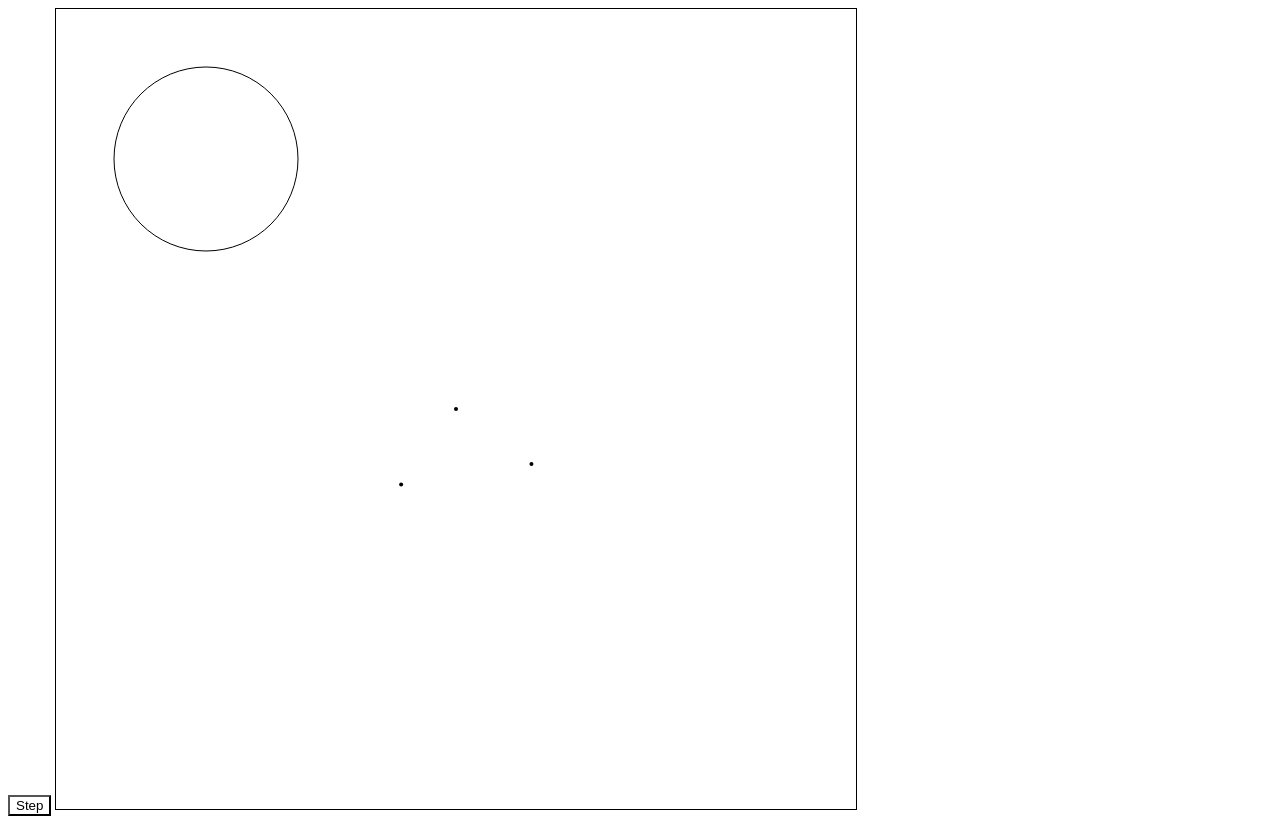
Repository: blahnikkai/n-body-simulation
Page: index.html
These files come from the project's save history. The page is drawn as it stood at one moment and after the next save; the edit follows.
The browser window is 1280 px wide. The pictures show the whole page.

Above is the page before, as saved 2024-02-22 15:19:21.

### index.html
<!DOCTYPE html>
<html lang="en">
    <head>
        <meta charset="UTF-8" />
        <meta name="viewport" content="width=device-width, initial-scale=1.0" />
        <title>Document</title>
        <link rel="stylesheet" href="styles.css">
        <script src="script.js" defer></script>
    </head>
    <body>
        <button id="step">Step</button>
        <canvas id="canvas" width="800" height="800">
    </body>
</html>

### styles.css
canvas {
    background-color: white;
    border: 1px solid black;
}

#step {
    background-color: white;
}

html {
    background-color: white;
}

### script.js
const G = 6.67e-11
const DIST_SCALE = 1000000
const TIME_SCALE = 5
const FRAMERATE = 60

class Vector {
    constructor(x, y) {
        this.x = x
        this.y = y
    }
}

function norm(vec) {
    return Math.hypot(vec.x, vec.y)
}

function add(vec1, vec2) {
    return new Vector(vec1.x + vec2.x, vec1.y + vec2.y)
}

function scale(scalar, vec) {
    return new Vector(scalar * vec.x, scalar * vec.y)
}

function sub(vec1, vec2) {
    return add(vec1, scale(-1, vec2))
}

function dist(vec1, vec2) {
    return norm(sub(vec1, vec2))
}

class Body {

    constructor(mass, pos, vel) {
        this.mass = mass
        this.pos = pos
        this.vel = vel
        this.acc = new Vector(0, 0)
    }

    integrate() {
        // do i need "this."
        console.log('starting integrate')
        console.log(`vel = ${this.vel}`)
        console.log(`pos = ${this.pos}`)
        this.vel = add(this.vel, scale(TIME_SCALE / FRAMERATE, this.acc))
        this.pos = add(this.pos, scale(TIME_SCALE / FRAMERATE, this.vel))
        console.log('ending integrate')
        console.log(`vel = ${this.vel}`)
        console.log(`pos = ${this.pos}`)
    }

    interact(body2) {
        const d = dist(this.pos, body2.pos)
        const acc_mag = G * body2.mass / Math.pow(d, 2)
        const diff = sub(body2.pos, this.pos)
        console.log(`in interact, diff = `)
        console.log(diff)
        const unit = scale(1 / norm(diff), diff)
        const acc = scale(acc_mag, unit)
        this.acc = add(this.acc, acc)
    }
}

function main() {
    canvas = document.getElementById('canvas')
    const ctx = canvas.getContext('2d')
    let bodies = []
    // sun
    bodies.push(new Body(1.99e33, new Vector(400 * DIST_SCALE, 400 * DIST_SCALE), new Vector(0, 0)))
    // earth
    bodies.push(new Body(5.97e24, new Vector((400 + 92) * DIST_SCALE, 400 * DIST_SCALE), new Vector(0, -37983549.0706)))
    // moon ?!
    bodies.push(new Body(7.35e22, new Vector((400 + 92 + 3) * DIST_SCALE, 400 * DIST_SCALE), new Vector(0, -37983549.0706 + 3 * 1023000)))
    canvas.addEventListener('click', (e) => {
        const rect = e.target.getBoundingClientRect()
        const x = e.clientX - rect.left
        const y = e.clientY - rect.top
        const body = new Body(1_000_000, new Vector(DIST_SCALE * x, DIST_SCALE * y), new Vector(0, 0))
        console.log('clicked')
        bodies.push(body)
    })
    const render = () => {
        for(let i = 0; i < bodies.length; ++i) {
            bodies[i].acc = new Vector(0, 0)
        }
        for(let i = 0; i < bodies.length; ++i) {
            for(let j = i + 1; j < bodies.length; ++j) {
                bodies[i].interact(bodies[j])
                bodies[j].interact(bodies[i])
            }
        }
        ctx.clearRect(0, 0, canvas.width, canvas.height)
        ctx.beginPath()
        ctx.arc(150, 150, 92, 0, 2 * Math.PI)
        ctx.stroke()
        for(let i = 0; i < bodies.length; ++i) {
            bodies[i].integrate()
            ctx.beginPath()
            ctx.arc(bodies[i].pos.x / DIST_SCALE, bodies[i].pos.y / DIST_SCALE, 2, 0, 2 * Math.PI)
            ctx.fill()
            console.log('drawing')
            console.log(bodies)
            console.log(bodies[i].pos.x)
            console.log(bodies[i].pos.y)
        }
        setTimeout(render, 1000 / FRAMERATE)
    }
    render()
    const step = document.getElementById('step')
    step.addEventListener('click', () => {
        render()
    })
}

main()

After the next save:
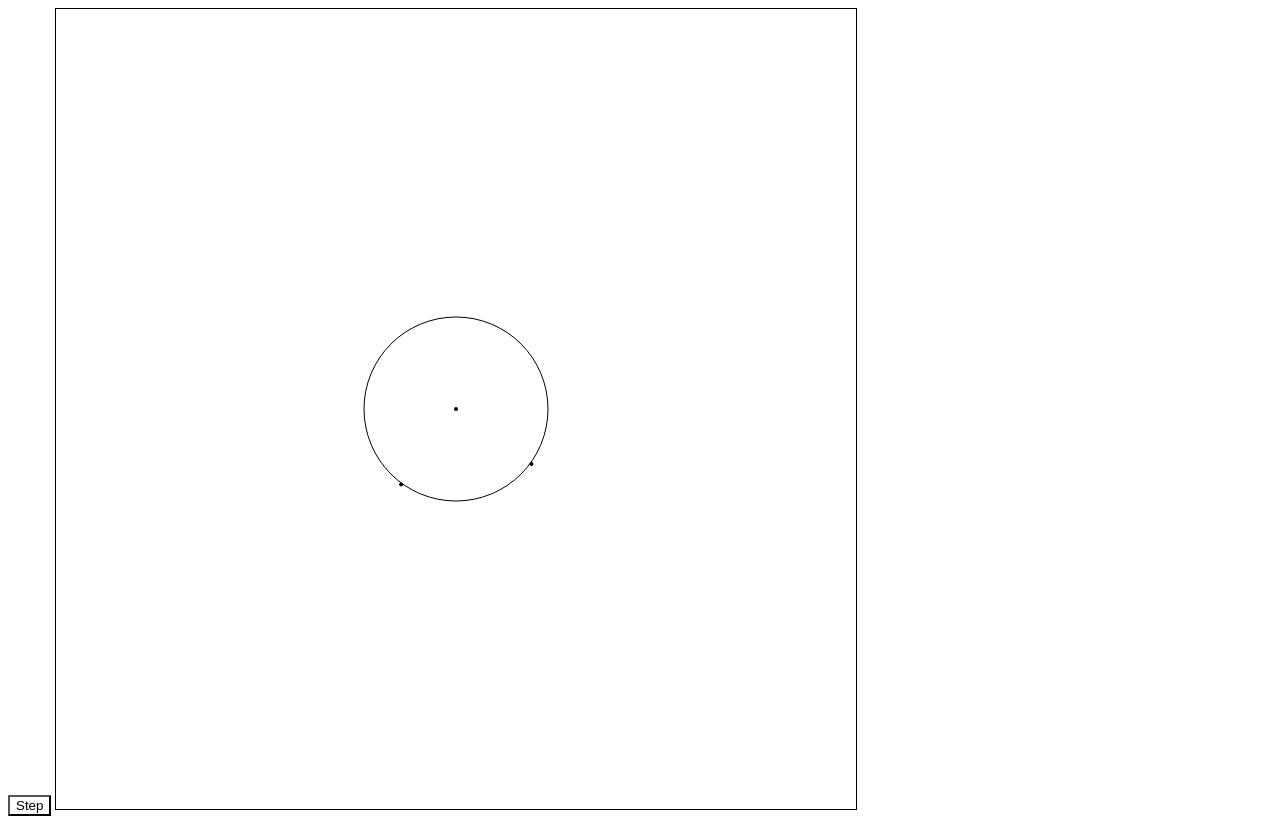
Saved 7 s later.
--- a/script.js
+++ b/script.js
@@ -93,7 +93,7 @@ function main() {
         }
         ctx.clearRect(0, 0, canvas.width, canvas.height)
         ctx.beginPath()
-        ctx.arc(150, 150, 92, 0, 2 * Math.PI)
+        ctx.arc(400, 400, 92, 0, 2 * Math.PI)
         ctx.stroke()
         for(let i = 0; i < bodies.length; ++i) {
             bodies[i].integrate()
